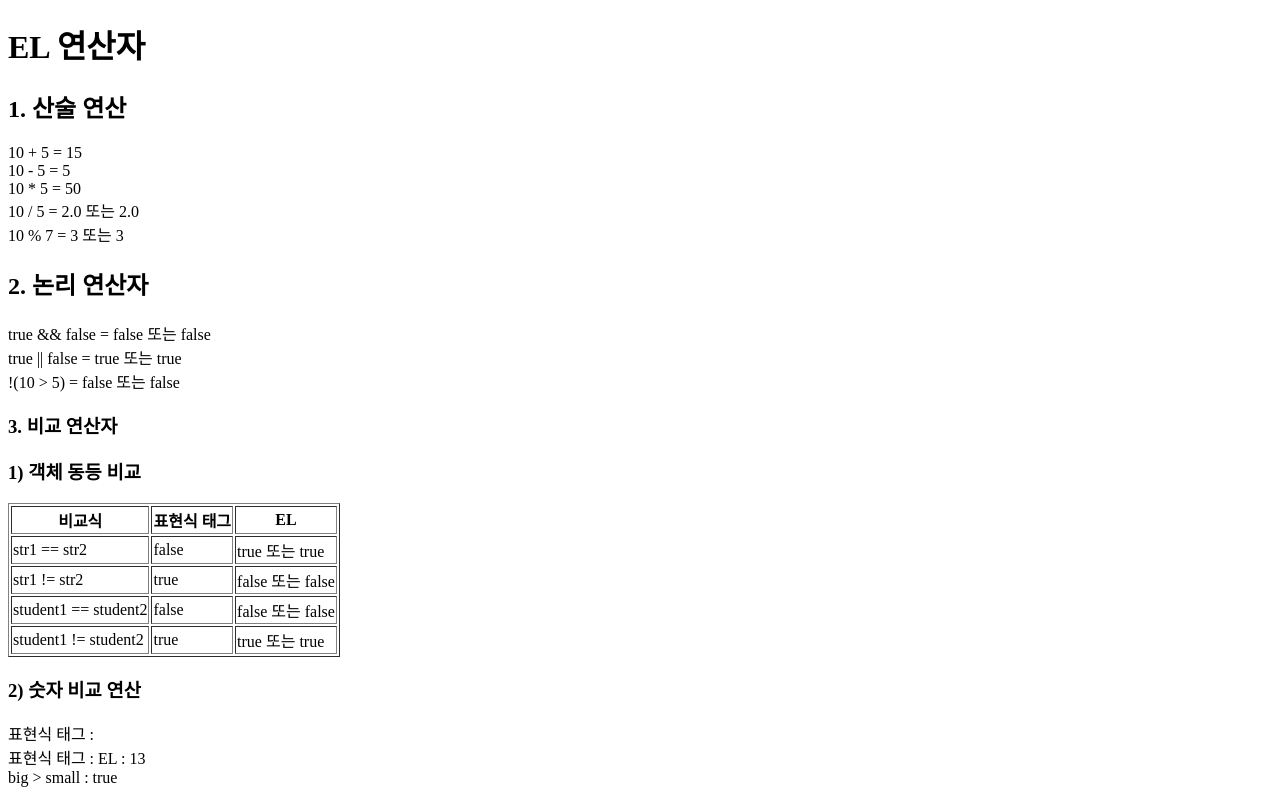
Repository: Parknogyung/Backend
Page: http://localhost/03_EL_JSTL/views/el/elOperators.jsp
These files come from the project's save history. The page is drawn as it stood at one moment and after the next save; the edit follows.
The browser window is 1280 px wide. The pictures show the whole page.
The page is served by Tomcat 9.

Above is the page before, as saved 2022-07-12 05:07:02.

After the next save:
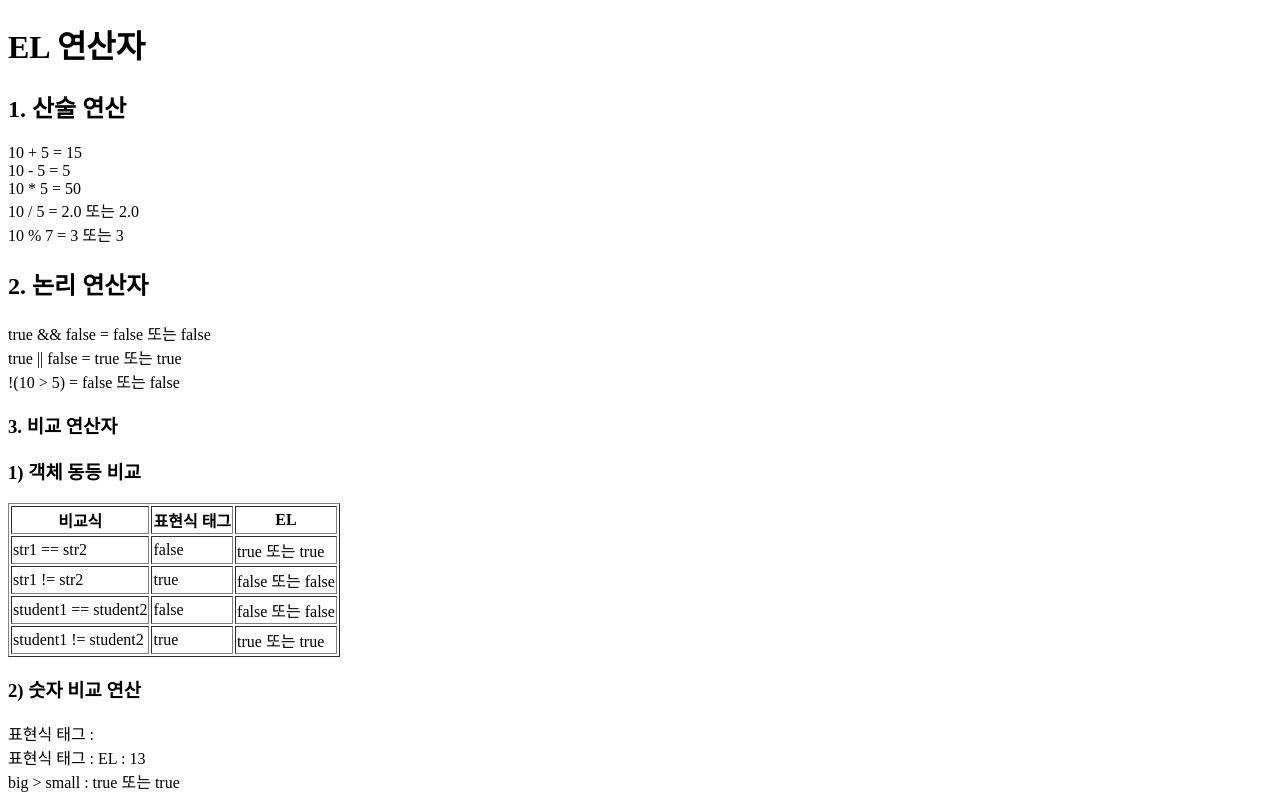
Saved 8 s later.
--- a/03_EL_JSTL/src/main/webapp/views/el/elOperators.jsp
+++ b/03_EL_JSTL/src/main/webapp/views/el/elOperators.jsp
@@ -91,7 +91,7 @@
 	EL : ${ big + small } <br>
 
 	<!-- 자동 형 변환으로 인해서 비교 연산도 가능하다. -->
-	big > small : ${ big > small } <br>
+	big > small : ${ big > small } 또는 ${ big gt small } <br>
 
 
 </body>
